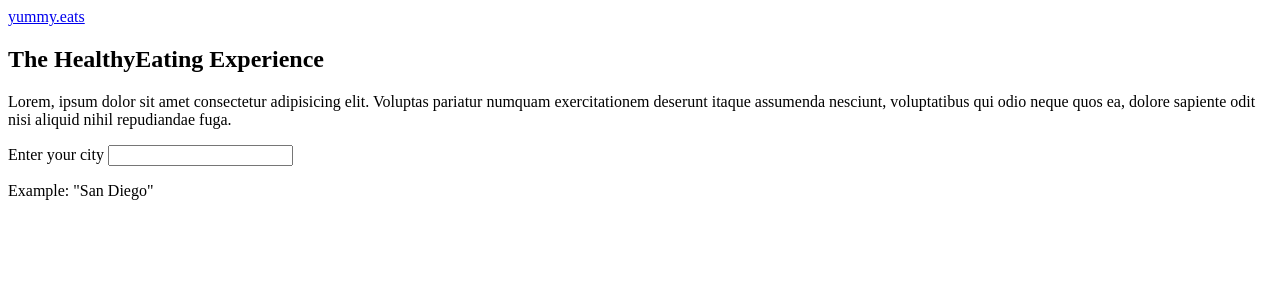
Repository: MansiLadkar/food_frontend
Page: index.html
These files come from the project's save history. The page is drawn as it stood at one moment and after the next save; the edit follows.
The browser window is 1280 px wide. The pictures show the whole page.

Above is the page before, as saved 2023-01-13 13:14:45.

After the next save:
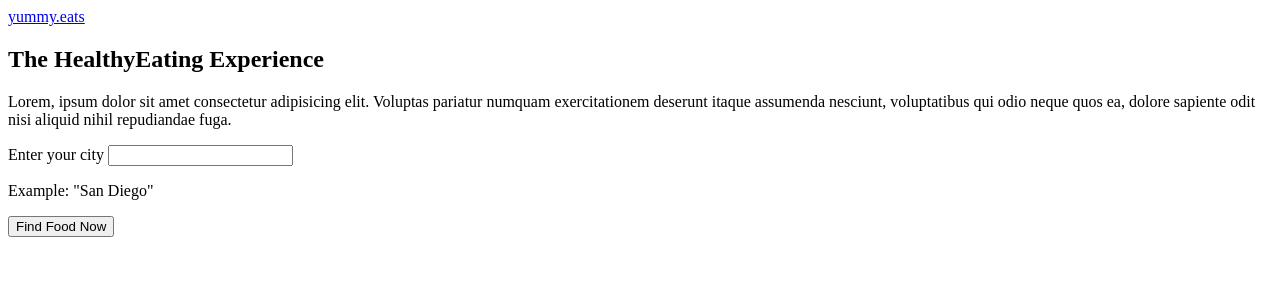
Saved 29 s later.
--- a/index.html
+++ b/index.html
@@ -25,6 +25,8 @@
             <label for="city">Enter your city</label>
             <input type="text" name="city" id="city" />
             <p>Example: "San Diego"</p>
+
+            <input type="button" value="Find Food Now" />
           </form>
         </div>
       </section>
